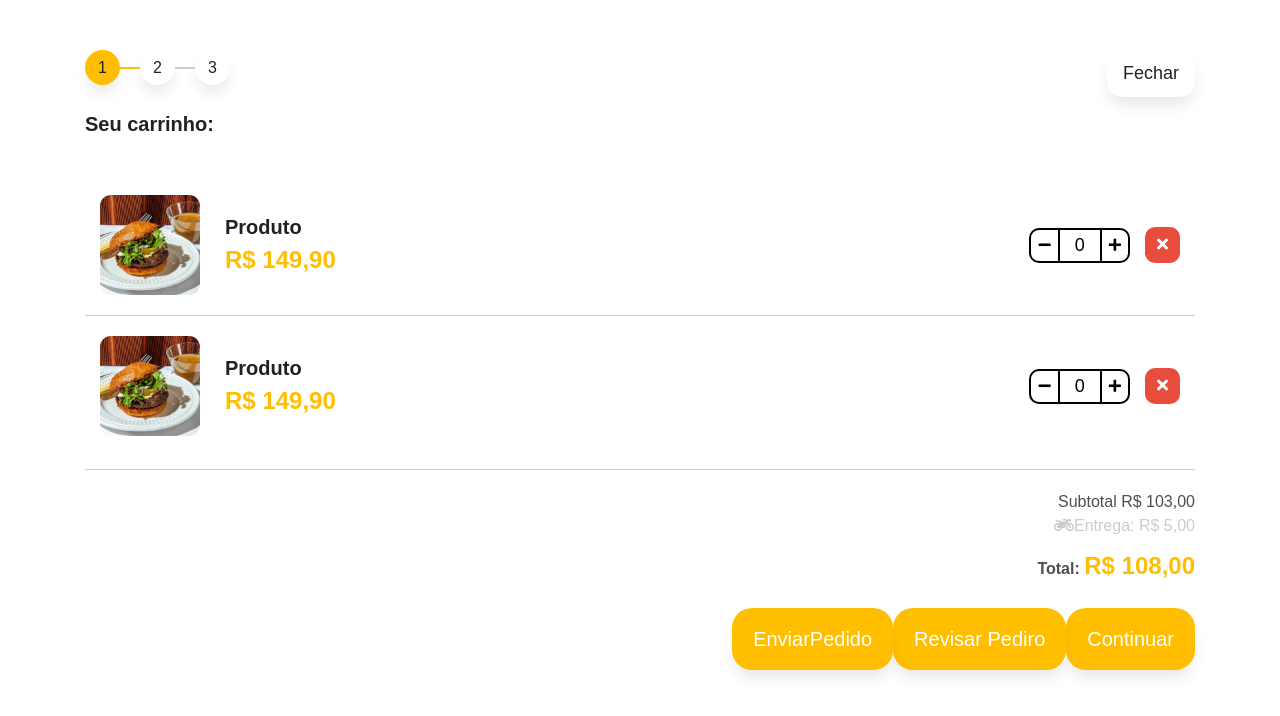
Repository: darkness318/restaraunt
Page: index.html
An editor plug-in stored every save of this project. The page is shown before and after the next save, followed by the edit.
The browser window is 1280 px wide. The pictures show the window.
A layer covers the whole window, so only the first screen is drawn.

Above is the page before, as saved 2024-10-01 10:23:09.

### index.html
<!DOCTYPE html>
<html lang="pt-br">
  <head>
    <meta charset="UTF-8" />
    <meta name="viewport" content="width=device-width, initial-scale=1.0" />
    <title>Restaurente - Seja bem vindo!</title>
    <link rel="stylesheet" href="./css/bootstrap.min.css" />
    <link rel="stylesheet" href="./css/fontawesome.css" />
    <link rel="stylesheet" href="./css/main.css" />
  </head>

  <body>
    <section class="header">
      <div class="container">
        <nav class="navbar navbar-expand-lg pl-0 pr-0">
          <a class="navbar-brand" href="#">
            <img src="./img/logo.png" width="160" class="img-logo" />
          </a>
          <button
            class="navbar-toggler"
            type="button"
            data-toggle="collapse"
            data-target="#navbarNavDropdown"
          >
            <span class="navbar-toggler-icon">
              <i class="fas fa-bars"></i>
            </span>
          </button>
          <div class="collapse navbar-collapse" id="navbarNavDropdown">
            <ul class="navbar-nav ml-auto mr-auto">
              <li class="nav-item">
                <a href="#reservas" class="nav-link"><b>Reservas</b></a>
              </li>
              <li class="nav-item">
                <a href="#servicos" class="nav-link"><b>Serviços</b></a>
              </li>
              <li class="nav-item">
                <a href="#cardapio" class="nav-link"><b>Cardápio</b></a>
              </li>
              <li class="nav-item">
                <a href="#depoimentos" class="nav-link"><b>Depoimentos</b></a>
              </li>
            </ul>
            <a class="btn btn-white btn-icon">
              Meu carrinho
              <span class="icon">
                <i class="fa fa-shopping-bag"></i>
              </span>
            </a>
          </div>
        </nav>
      </div>
    </section>

    <section class="banner">
      <div class="container">
        <div class="row">
          <div class="col-6">
            <div class="d-flex text-banner">
              <h1>
                <b>Escolha sua comida <b class="color-primary">favorita.</b></b>
              </h1>
              <p>
                Aproveite nosso cardápio! Escolha o que desejar e receba em sua
                casa de forma rápida e segura.
              </p>
              <div>
                <a class="btn btn-yellow mt-4 mr-3"> Ver Cardápio </a>
                <a href="#" class="btn btn-white btn-icon-left mt-4">
                  <span class="icon-left">
                    <i class="fa fa-phone"></i>
                  </span>
                  (66) 9 9999-8888
                </a>
              </div>
            </div>
            <a class="btn btn-sm btn-white btn-social mt-4 mr-3">
              <i class="fab fa-instagram"></i>
            </a>
            <a class="btn btn-sm btn-white btn-social mt-4 mr-3">
              <i class="fab fa-facebook-f"></i>
            </a>
            <a class="btn btn-sm btn-white btn-social mt-4">
              <i class="fab fa-whatsapp"></i>
            </a>
          </div>
          <div class="col-6">
            <div class="card-banner"></div>
            <div class="d-flex img-banner">
              <img src="./img/burguer.png" />
            </div>
            <div class="card card-case">
              "Entrega rápida e funcionários simpáticos.
              <br />A comida chegou quente e <br />
              muito saborosa!"
              <span class="card-case-name">
                <b>Thiago Lopes</b>
              </span>
            </div>
          </div>
        </div>
      </div>
    </section>
    <section class="servicos" id="servicos">
      <div class="background-servicos"></div>

      <div class="container">
        <div class="class row">
          <div class="col-12 text-center mb-5">
            <span class="hint-title"><b>Serviços</b></span>
            <h1 class="title">
              <b>Como são nossos serviços?</b>
            </h1>
          </div>

          <div class="col-4 mb-5">
            <div class="card-icon text-center">
              <img src="./img/icone-pedido.svg" width="150 " />
            </div>

            <div class="card-text text-center mt-3">
              <p><b>Fácil de pedir</b></p>
              <span>
                Você só precisa de alguns passos para pedir sua comida.
              </span>
            </div>
          </div>

          <div class="col-4 mb-5">
            <div class="card-icon text-center">
              <img src="./img/icone-delivery.svg" width="250 " />
            </div>

            <div class="card-text text-center mt-3">
              <p><b>Entrega Rápida</b></p>
              <span> Nossa entrega é sempre pontual, rápida e segura. </span>
            </div>
          </div>

          <div class="col-4 mb-5">
            <div class="card-icon text-center">
              <img src="./img/icone-qualidade.svg" width="250 " />
            </div>

            <div class="card-text text-center mt-3">
              <p><b>Melhor qualidade</b></p>
              <span>
                Não só a rapidez na entrega, a qualidade também é o nosso forte.
              </span>
            </div>
          </div>
        </div>
      </div>
    </section>
    <section class="cardapio" id="cardapio">
      <div class="background-cardapio"></div>

      <div class="container">
        <div class="row">
          <div class="col-12 text-center mb-5">
            <span class="hint-title"><b>Cardápio</b></span>
            <h1 class="title">
              <b>Conheça o nosso Cardápio</b>
            </h1>
          </div>

          <div class="col-12 container-menu">
            <a class="btn btn-white btn-sm mr-3">
              <i class="fas fa-hamburger"></i>&nbsp;Burgers
            </a>
            <a class="btn btn-white btn-sm mr-3">
              <i class="fas fa-pizza-slice"></i>&nbsp;Pizzas
            </a>
            <a class="btn btn-white btn-sm mr-3">
              <i class="fas fa-drumstick-bite"></i>&nbsp;Churrasco
            </a>
            <a class="btn btn-white btn-sm mr-3">
              <i class="fas fa-bacon"></i>&nbsp;Steaks
            </a>
            <a class="btn btn-white btn-sm mr-3">
              <i class="fas fa-cocktail"></i>&nbsp;Bebidas
            </a>
            <a class="btn btn-white btn-sm mr-3">
              <i class="fas fa-ice-cream"></i>&nbsp;Sobremesas
            </a>
          </div>

          <div class="col-12">
            <div class="row" id="itensCardapio">
              <div class="col-3 mb-5">
                <div class="card card-item">
                  <div class="img-produto">
                    <img
                      src="./img/cardapio/burguers/burger-au-poivre-kit-4-pack.3ca0e39b02db753304cd185638dad518.jpg"
                    />
                  </div>
                  <p class="title-produto text-center mt-4">
                    <b>Nome do produto muito grande</b>
                  </p>
                  <p class="price-produto text-center">
                    <b>R$ 154,90</b>
                  </p>

                  <div class="add-carrinho">
                    <span class="btn-menos"><i class="fas fa-minus"></i></span>
                    <span class="btn-numero-itens">0</span>
                    <span class="btn-mais"><i class="fas fa-plus"></i></span>
                    <span class="btn btn-add"
                      ><i class="fa fa-shopping-bag"></i
                    ></span>
                  </div>
                </div>
              </div>

              <div class="col-3 mb-5">
                <div class="card card-item">
                  <div class="img-produto">
                    <img
                      src="./img/cardapio/burguers/burger-au-poivre-kit-4-pack.3ca0e39b02db753304cd185638dad518.jpg"
                    />
                  </div>
                  <p class="title-produto text-center mt-4">
                    <b>Nome do produto muito grande</b>
                  </p>
                  <p class="price-produto text-center">
                    <b>R$ 154,90</b>
                  </p>

                  <div class="add-carrinho">
                    <span class="btn-menos"><i class="fas fa-minus"></i></span>
                    <span class="btn-numero-itens">0</span>
                    <span class="btn-mais"><i class="fas fa-plus"></i></span>
                    <span class="btn btn-add"
                      ><i class="fa fa-shopping-bag"></i
                    ></span>
                  </div>
                </div>
              </div>

              <div class="col-3 mb-5">
                <div class="card card-item">
                  <div class="img-produto">
                    <img
                      src="./img/cardapio/burguers/burger-au-poivre-kit-4-pack.3ca0e39b02db753304cd185638dad518.jpg"
                    />
                  </div>
                  <p class="title-produto text-center mt-4">
                    <b>Nome do produto muito grande</b>
                  </p>
                  <p class="price-produto text-center">
                    <b>R$ 154,90</b>
                  </p>

                  <div class="add-carrinho">
                    <span class="btn-menos"><i class="fas fa-minus"></i></span>
                    <span class="btn-numero-itens">0</span>
                    <span class="btn-mais"><i class="fas fa-plus"></i></span>
                    <span class="btn btn-add"
                      ><i class="fa fa-shopping-bag"></i
                    ></span>
                  </div>
                </div>
              </div>

              <div class="col-3 mb-5">
                <div class="card card-item">
                  <div class="img-produto">
                    <img
                      src="./img/cardapio/burguers/burger-au-poivre-kit-4-pack.3ca0e39b02db753304cd185638dad518.jpg"
                    />
                  </div>
                  <p class="title-produto text-center mt-4">
                    <b>Nome do produto muito grande</b>
                  </p>
                  <p class="price-produto text-center">
                    <b>R$ 154,90</b>
                  </p>

                  <div class="add-carrinho">
                    <span class="btn-menos"><i class="fas fa-minus"></i></span>
                    <span class="btn-numero-itens">0</span>
                    <span class="btn-mais"><i class="fas fa-plus"></i></span>
                    <span class="btn btn-add"
                      ><i class="fa fa-shopping-bag"></i
                    ></span>
                  </div>
                </div>
              </div>
            </div>
          </div>
          <div class="col-12 text-center">
            <a class="btn btn-white btn-sm">Ver mais</a>
          </div>
        </div>
      </div>
    </section>
    <section class="depoimentos" id="depoimentos">
      <div class="background-depoimentos"></div>
      <div class="container">
        <div class="row">
          <div class="col-5 text-center">
            <div class="card-depoimentos"></div>
            <div class="d-flex img-banner">
              <img src="./img/pizzas.png" />
            </div>
          </div>

          <div class="col-7">
            <span class="hint-title"><b>Depoimentos</b></span>
            <h1 class="title">
              <b>O que dizem sobre nós</b>
            </h1>
            <div class="mb-5">
              <div class="depoimento" id="depoimento-1">
                <div class="container-dados-depoimento">
                  <div class="imagem-depoimento"></div>
                  <div>
                    <p class="nome-depoimento"><b>Diego Pereira</b></p>
                    <p class="nota-depoimento">
                      <i class="fas fa-star"></i>
                      <i class="fas fa-star"></i>
                      <i class="fas fa-star"></i>
                      <i class="fas fa-star"></i>
                      <i class="fas fa-star-half-alt"></i>&nbsp;
                      <span>4.5</span>
                    </p>
                  </div>
                </div>
                <p class="texto-depoimento">
                  <i class="fas fa-quote-left"></i>
                  <span>
                    Muito bom, recomendo demais! Comida muito bem feita pelo
                    chefe, atendimento dentro dos parâmetros e boa comunicação
                    com o cliente.
                  </span>
                  <i class="fas fa-quote-right"></i>
                </p>
              </div>

              <div class="depoimento hidden" id="depoimento-2">
                <div class="container-dados-depoimento">
                  <div class="imagem-depoimento"></div>
                  <div>
                    <p class="nome-depoimento"><b>Ana Beatriz</b></p>
                    <p class="nota-depoimento">
                      <i class="fas fa-star"></i>
                      <i class="fas fa-star"></i>
                      <i class="fas fa-star"></i>
                      <i class="fas fa-star"></i>
                      <i class="fas fa-star"></i>&nbsp; <span>5.0</span>
                    </p>
                  </div>
                </div>
                <p class="texto-depoimento">
                  <i class="fas fa-quote-left"></i>
                  <span>
                    Um jantar perfeito do começo ao fim. Comida, experiência,
                    serviço... foi tão maravilhoso que fomos dois dias seguidos
                    - fato inédito para mim em uma viagem.
                  </span>
                  <i class="fas fa-quote-right"></i>
                </p>
              </div>

              <div class="depoimento hidden" id="depoimento-3">
                <div class="container-dados-depoimento">
                  <div class="imagem-depoimento"></div>
                  <div>
                    <p class="nome-depoimento"><b>João Guilherme</b></p>
                    <p class="nota-depoimento">
                      <i class="fas fa-star"></i>
                      <i class="fas fa-star"></i>
                      <i class="fas fa-star"></i>
                      <i class="fas fa-star"></i>
                      <i class="far fa-star"></i>&nbsp; <span>4.0</span>
                    </p>
                  </div>
                </div>
                <p class="texto-depoimento">
                  <i class="fas fa-quote-left"></i>
                  <span>
                    A comida estava excelente e o serviço gentil nos
                    surpreendeu! Dica: reserve umas 3 horas para ter uma
                    experiência incrível.
                  </span>
                  <i class="fas fa-quote-right"></i>
                </p>
              </div>
            </div>

            <a class="btn btn-sm btn-white btn-social mr-3 active">1</a>
            <a class="btn btn-sm btn-white btn-social mr-3">2</a>
            <a class="btn btn-sm btn-white btn-social">3</a>
          </div>
        </div>
      </div>
    </section>
    <section class="reserva" id="reserva">
      <div class="container">
        <div class="row">
          <div class="col-12">
            <div class="card-secondary">
              <div class="row">
                <div class="col-7">
                  <span class="hint-title"><b>Reserva</b></span>
                  <h1 class="title">
                    <b>Quer reservar um horário?</b>
                  </h1>
                  <p class="pr-5">
                    Mande uma mensagem clicando no botão abaixo
                    <br />
                    Reserve sua data e horário de forma simples e rápida.
                  </p>
                  <a class="btn btn-yellow mt-4"> Fazer reserva </a>
                </div>

                <div class="col-5">
                  <div class="card-reserva"></div>
                  <div class="d-flex img-banner">
                    <img src="./img/icone-reserva.svg" />
                  </div>
                </div>
              </div>
            </div>
          </div>
        </div>
      </div>
    </section>

    <section class="footer">
      <div class="container">
        <div class="row">
          <div class="col-3 container-logo-footer">
            <img class="logo-footer" src="./img/logo.png" />
          </div>

          <div class="col-6 container-texto-footer">
            <p class="mb-0">
              <b>Menu On-line</b> &copy; Todos os direitos reservados
            </p>
          </div>

          <div class="col-3 container-redes-footer">
            <a class="btn btn-sm btn-white btn-social mr-3">
              <i class="fab fa-instagram"></i>
            </a>
            <a class="btn btn-sm btn-white btn-social mr-3">
              <i class="fab fa-facebook-f"></i>
            </a>
            <a class="btn btn-sm btn-white btn-social">
              <i class="fab fa-whatsapp"></i>
            </a>
          </div>
        </div>
      </div>
    </section>

    <div class="modal-full" id="modalCarrinho">
      <div class="m-header">
        <div class="container">
          <a class="btn btn-white btn-sm float-right"> Fechar </a>

          <div class="etapas">
            <div class="etapa etapa1 active">1</div>
            <div class="etapa etapa2">2</div>
            <div class="etapa etapa3">3</div>
          </div>
          <p class="title-carrinho mt-4">
            <b id="lblTituloEtapa">Seu carrinho:</b>
          </p>
        </div>
      </div>

      <div class="m-body">
        <div class="container">
          <div id="itensCarrinho" class="row mr-0 ml-0">
            <div class="col-12 item-carrinho">
              <div class="img-produto">
                <img
                  src="./img/cardapio/burguers/burger-au-poivre-kit-4-pack.3ca0e39b02db753304cd185638dad518.jpg"
                />
              </div>
              <div class="dados-produto">
                <p class="title-produto"><b>Produto</b></p>
                <p class="price-produto"><b>R$ 149,90</b></p>
              </div>
              <div class="add-carrinho">
                <span class="btn-menos"><i class="fas fa-minus"></i></span>
                <span class="btn-numero-itens">0</span>
                <span class="btn-mais"><i class="fas fa-plus"></i></span>
                <span class="btn btn-remove"><i class="fa fa-times"></i></span>
              </div>
            </div>
            <!-- segundo item do carrinho   -->
            <div class="col-12 item-carrinho">
              <div class="img-produto">
                <img
                  src="./img/cardapio/burguers/burger-au-poivre-kit-4-pack.3ca0e39b02db753304cd185638dad518.jpg"
                />
              </div>
              <div class="dados-produto">
                <p class="title-produto"><b>Produto</b></p>
                <p class="price-produto"><b>R$ 149,90</b></p>
              </div>
              <div class="add-carrinho">
                <span class="btn-menos"><i class="fas fa-minus"></i></span>
                <span class="btn-numero-itens">0</span>
                <span class="btn-mais"><i class="fas fa-plus"></i></span>
                <span class="btn btn-remove"><i class="fa fa-times"></i></span>
              </div>
            </div>
          </div>

          <div id="localEntrega" class="row mr-0 ml-0 hidden"></div>

          <div id="resumoCarrinho" class="row mr-0 ml-0 hidden"></div>
        </div>
      </div>

      <div class="m-footer">
        <div class="container">
          <div class="container-total text-right mb-4 ">
            <p class="mb-0">
              <span>Subtotal</span>
              <span id="lblSubtotal">R$ 103,00</span>
            </p>
            <p class="mb-0 texto-entrega">
              <span><i class="fas fa-motorcycle"></i>Entrega:</span>
              <span id="lblValorEntrega">R$ 5,00</span>
            </p>
            <p class="mb-0 texto-total"></p>
              <span><b>Total:</b></span>
              <span class="valor-total" id="lblValorTotal"><b>R$ 108,00</b></span>
            </p>
          </div>
          <a class="btn btn-yellow float-right" id="btnEtapaPedido">Continuar</a>
          <a class="btn btn-yellow float-right hiden" id="btnEtapaEndereco">Revisar Pediro</a>
          <a class="btn btn-yellow float-right hiden" id="btnEtapaResumo">EnviarPedido</a>
        </div>
      </div>
    </div>

    <script type="text/javascript" src="./js/jquery-1.12.4.min.js"></script>
    <script type="text/javascript" src="./js/modernizr-3.5.0.min.js"></script>
    <script type="text/javascript" src="./js/bootstrap.min.js"></script>
    <script type="text/javascript" src="./js/popper.min.js"></script>
  </body>
</html>

Loaded but not shown: css/bootstrap.min.css (library); css/fontawesome.css (library); js/jquery-1.12.4.min.js (library); js/modernizr-3.5.0.min.js (library); js/bootstrap.min.js (library); js/popper.min.js (library); css/main.css (621 lines, source omitted)

After the next save:
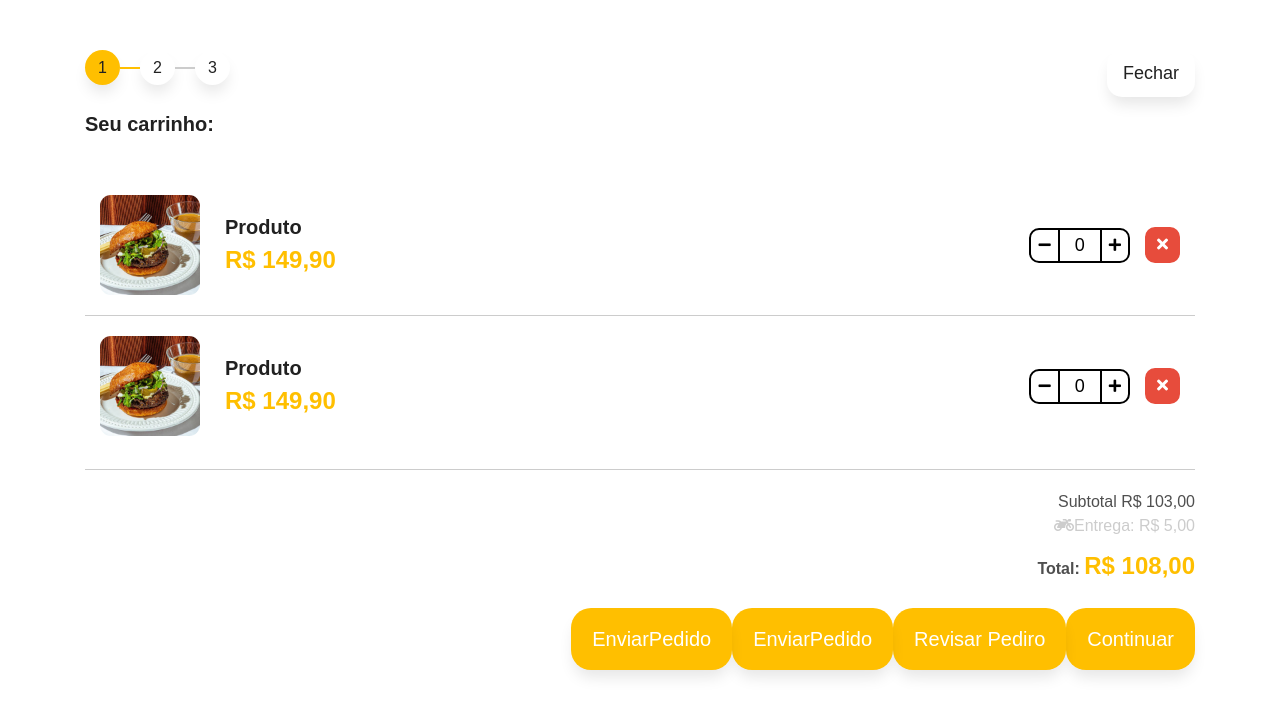
Saved 28 s later.
--- a/index.html
+++ b/index.html
@@ -536,6 +536,7 @@
           <a class="btn btn-yellow float-right" id="btnEtapaPedido">Continuar</a>
           <a class="btn btn-yellow float-right hiden" id="btnEtapaEndereco">Revisar Pediro</a>
           <a class="btn btn-yellow float-right hiden" id="btnEtapaResumo">EnviarPedido</a>
+          <a class="btn btn-yellow float-right hiden" id="btnEtapaResumo">EnviarPedido</a>
         </div>
       </div>
     </div>
